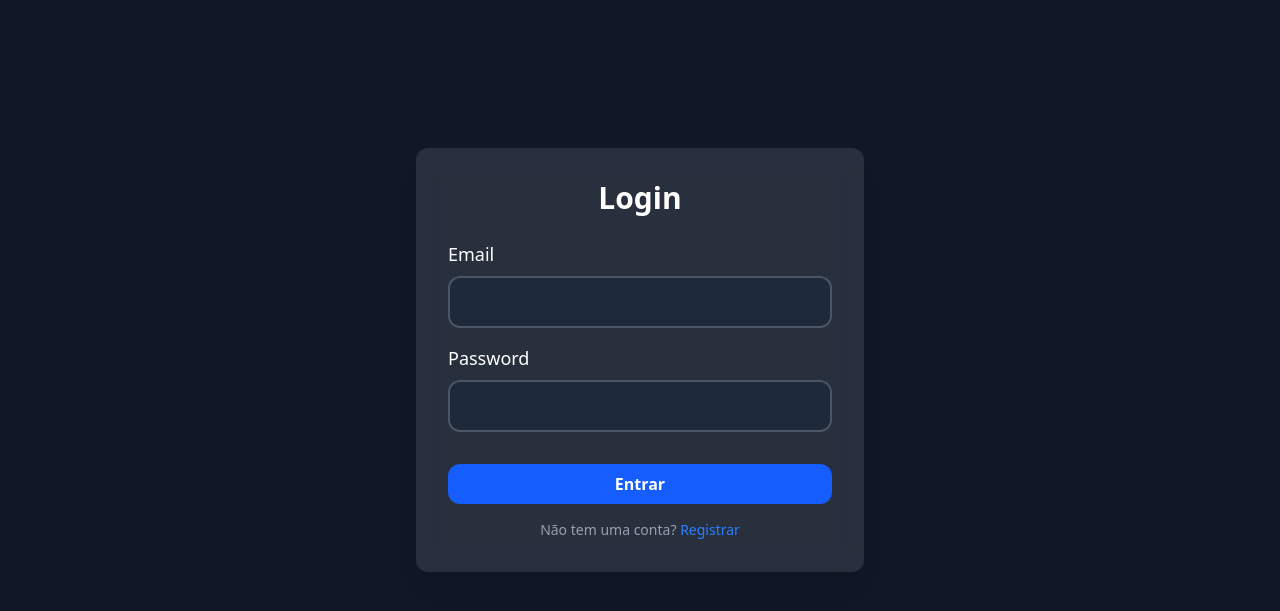
Repository: GabrielF0900/Tarefix
Page: / (app in Frontend/)
The author's editor kept a copy of each file at every save. The page is drawn from the files as they stood at one save, then again after the next save.
The browser window is 1280 px wide. The pictures show the whole page.
The project was rebuilt for these pictures with package versions that can differ from the ones it lists, and the page was loaded fresh each time. Also part of the build but not shown: Frontend/vite.config.ts, Frontend/src/hooks/useStateRegister.ts, Frontend/src/pages/Register.tsx.

Above is the page before, as saved 2025-07-25 15:29:20.

### Frontend/src/main.tsx
import { StrictMode } from 'react'
import { createRoot } from 'react-dom/client'
import './index.css'
import { BrowserRouter } from 'react-router-dom'
import { Routes } from './routes/routes'


createRoot(document.getElementById('root')!).render(
  <StrictMode>
    <BrowserRouter>
      <Routes />
    </BrowserRouter>
  </StrictMode>,
)

### Frontend/src/routes/routes.tsx
//Algoritmo que cuidará de rotas.
import { Login } from '../pages/Login';
import { Route } from 'react-router-dom';
import { Routes as RoutesRoutes } from 'react-router-dom';
import { Register } from '../pages/Register';

export function Routes() {
    return (
            <RoutesRoutes>
                <Route path="/" element={<Login />} />
                <Route path="/login" element={<Login />} />
                <Route path="/register" element={<Register />} />
                {/* Adicione outras rotas aqui conforme necessário */}
            </RoutesRoutes>
    )
    }

### Frontend/src/pages/Login.tsx

import { useStateLogin } from "../hooks/useStateLogin";
import { Input } from "../components/inputs";
import { useNavigation } from "../hooks/useNavigation";



export function Login() {
    const { goToRegister } = useNavigation();
    const { formData, handleChange } = useStateLogin();

    function handleSubmit(event: React.FormEvent) {
        event.preventDefault();
        // Handle login logic here
    }

  return (
    <div className="flex items-center justify-center min-h-screen bg-gray-900 text-white">
      <div className="w-full max-w-md bg-white/10 backdrop-blur-md rounded-xl shadow-xl p-8">
        <h1 className="text-3xl font-bold text-center mb-6">Login</h1>

        <Input id="email" name="email" type="text" label="Email" required  value={formData.email} onChange={handleChange} />
        <Input id="password" name="password" type="password" label="Password" required  value={formData.password} onChange={handleChange} />

        <button
          type="submit"
          className="w-full mt-4 py-2 rounded-xl bg-blue-600 hover:bg-blue-700 transition text-white font-semibold"
        >
          Entrar
        </button>

        <p className="mt-4 text-center text-sm text-gray-400">
          Não tem uma conta? <a onClick={goToRegister} className="text-blue-500 hover:underline">Registrar</a>
        </p>
      </div>
    </div>
  );
}

### Frontend/src/hooks/useStateLogin.ts
//Hook para gerenciar o estado de login do usuário.
import { useState } from "react";

export function useStateLogin() {
    const [formData, setFormData] = useState({
        email: "",
        password: ""
    })

    function handleChange(event: React.ChangeEvent<HTMLInputElement>) {
        const {name, value} = event.target;
        setFormData(prevState => ({
            ...prevState,
            [name]: value
        }));
    }

    return {
        formData,
        handleChange
    }
}

### Frontend/src/components/inputs.tsx
import React from 'react';

export interface InputProps extends React.InputHTMLAttributes<HTMLInputElement> {
  label?: string;
  error?: string;
}

export function Input({ label, error, ...rest }: InputProps) {
  return (
    <div className="mb-4">
      {label && (
        <label className="block mb-2 text-lg font-medium text-white">
          {label}
        </label>
      )}
      <input
        {...rest}
        className={`
          w-full px-4 py-3 rounded-xl bg-gray-800 text-white placeholder-gray-400
          border-2 transition duration-300
          ${error ? 'border-red-500 focus:border-red-500' : 'border-gray-600 focus:border-blue-500'}
          focus:outline-none focus:ring-2 focus:ring-blue-500/50
        `}
      />
      {error && <p className="mt-1 text-sm text-red-400">{error}</p>}
    </div>
  );
}

### Frontend/src/hooks/useNavigation.ts
import { useNavigate as useRouterNavigate } from 'react-router-dom';

export function useNavigation() {
  const navigate = useRouterNavigate();

  function goToLogin() {
    navigate('/login');
  }

  function goToRegister() {
    navigate('/register');
  }

  function goToDashboard() {
    navigate('/dashboard');
  }

  return { goToLogin, goToRegister, goToDashboard };
}

Loaded but not shown: Frontend/index.html (common file); Frontend/src/index.css (common file)

After the next save:
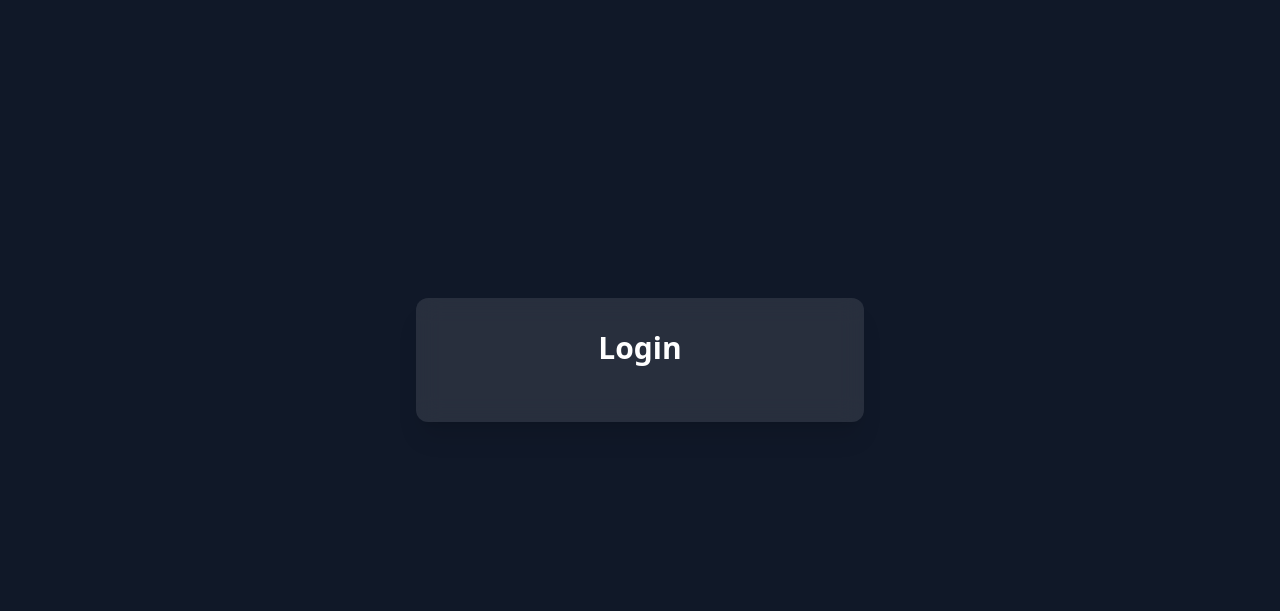
Saved 22 s later.
--- a/Frontend/src/pages/Login.tsx
+++ b/Frontend/src/pages/Login.tsx
@@ -19,19 +19,8 @@
       <div className="w-full max-w-md bg-white/10 backdrop-blur-md rounded-xl shadow-xl p-8">
         <h1 className="text-3xl font-bold text-center mb-6">Login</h1>
 
-        <Input id="email" name="email" type="text" label="Email" required  value={formData.email} onChange={handleChange} />
-        <Input id="password" name="password" type="password" label="Password" required  value={formData.password} onChange={handleChange} />
-
-        <button
-          type="submit"
-          className="w-full mt-4 py-2 rounded-xl bg-blue-600 hover:bg-blue-700 transition text-white font-semibold"
-        >
-          Entrar
-        </button>
-
-        <p className="mt-4 text-center text-sm text-gray-400">
-          Não tem uma conta? <a onClick={goToRegister} className="text-blue-500 hover:underline">Registrar</a>
-        </p>
+        <form action="
+        "></form>
       </div>
     </div>
   );

After the 4 saves that followed:
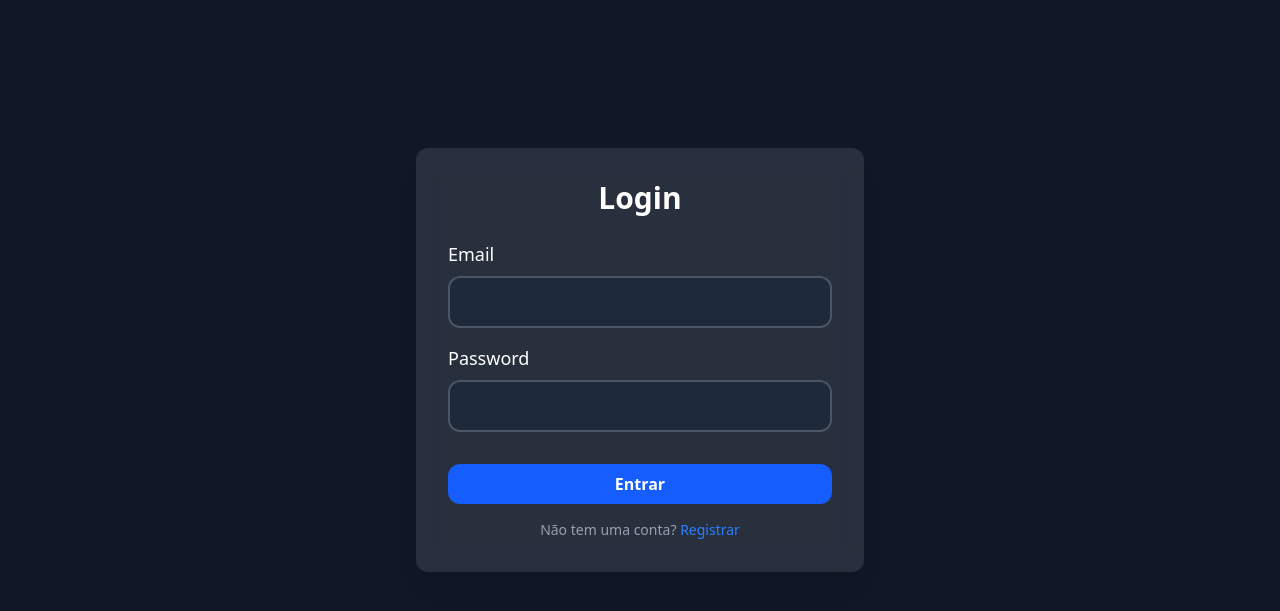
The 4 saves are shown as one change because they came seconds apart.
The last was saved 10 s later.
--- a/Frontend/src/pages/Login.tsx
+++ b/Frontend/src/pages/Login.tsx
@@ -19,8 +19,21 @@
       <div className="w-full max-w-md bg-white/10 backdrop-blur-md rounded-xl shadow-xl p-8">
         <h1 className="text-3xl font-bold text-center mb-6">Login</h1>
 
-        <form action="
-        "></form>
+        <form action="">
+          <Input id="email" name="email" type="text" label="Email" required  value={formData.email} onChange={handleChange} />
+        <Input id="password" name="password" type="password" label="Password" required  value={formData.password} onChange={handleChange} />
+
+        <button
+          type="submit"
+          className="w-full mt-4 py-2 rounded-xl bg-blue-600 hover:bg-blue-700 transition text-white font-semibold"
+        >
+          Entrar
+        </button>
+
+        <p className="mt-4 text-center text-sm text-gray-400">
+          Não tem uma conta? <a onClick={goToRegister} className="text-blue-500 hover:underline">Registrar</a>
+        </p>
+        </form>
       </div>
     </div>
   );
